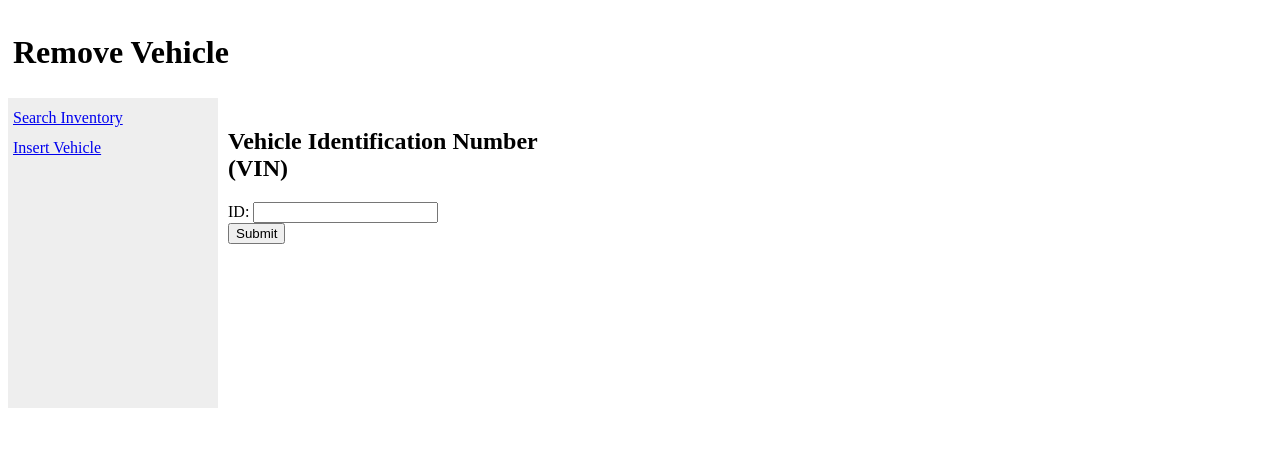
Repository: CamdenMurphy/workspace4830-intro-to-software-engineering
Page: techExercise/techExercise-Murphy/src/main/webapp/delete_murphy.html
The author's editor kept a copy of each file at every save. The page is drawn from the files as they stood at one save, then again after the next save.
The browser window is 1280 px wide. The pictures show the whole page.

Above is the page before, as saved 2023-10-12 06:02:42.

After the next save:
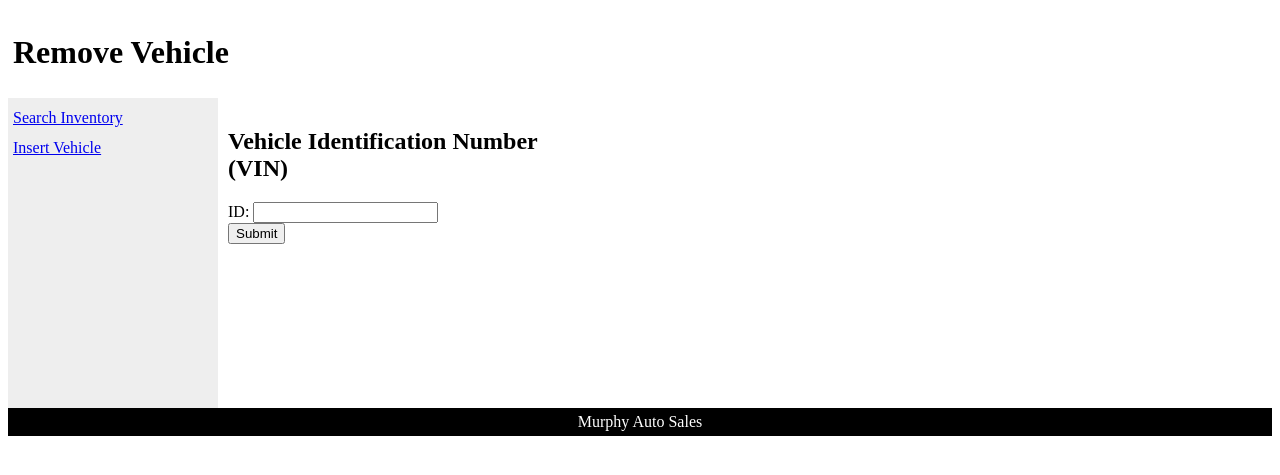
Saved 60 s later.
--- a/techExercise/techExercise-Murphy/src/main/webapp/delete_murphy.html
+++ b/techExercise/techExercise-Murphy/src/main/webapp/delete_murphy.html
@@ -48,6 +48,8 @@ footer {
 	</form>
 </section>
 
-
+<footer>
+	Murphy Auto Sales
+</footer>
 </body>
 </html>
